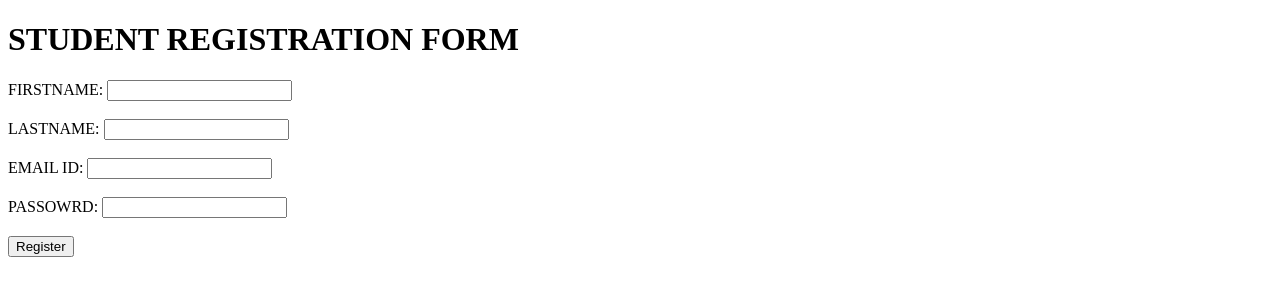
Repository: Catalyst-OTU/Java_Works
Page: ServletBasic/WebContent/StudentRegister.html
These files come from the project's save history. The page is drawn as it stood at one moment and after the next save; the edit follows.
The browser window is 1280 px wide. The pictures show the whole page.

Above is the page before, as saved 2021-01-27 20:28:03.

After the next save:
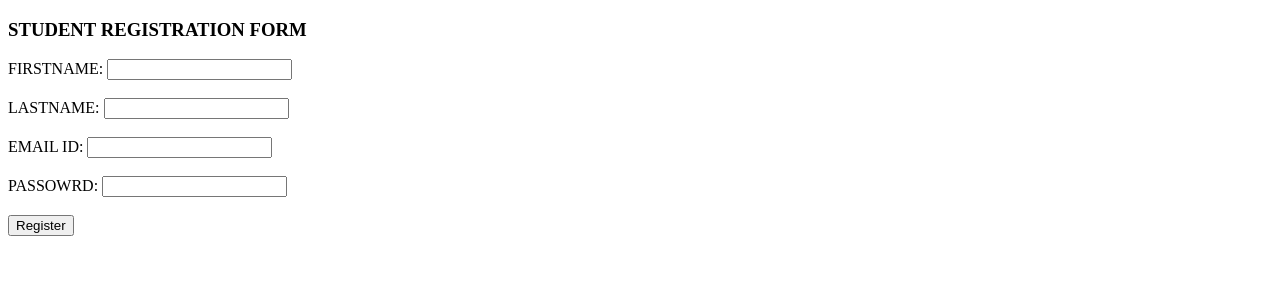
Saved 39 s later.
--- a/ServletBasic/WebContent/StudentRegister.html
+++ b/ServletBasic/WebContent/StudentRegister.html
@@ -8,7 +8,7 @@
 
 <form action="StudentRegister" method="get">
 
-		<h1>STUDENT REGISTRATION FORM</h1>
+		<h3>STUDENT REGISTRATION FORM</h3>
 
 		FIRSTNAME: <input type="text" name="firstName" required> <br/> <br/>
 		LASTNAME: <input type="text" name="lastName" required> <br/> <br/>
